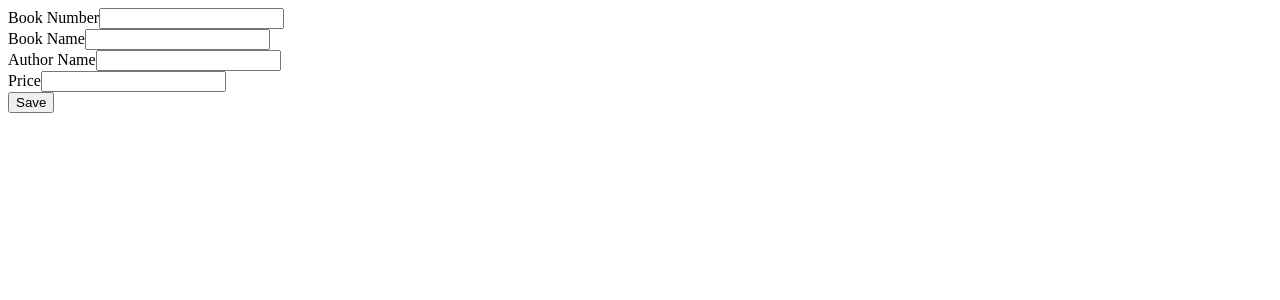
Repository: Balamurugan1914/crud_operation_without_db
Page: http://localhost/Java_bean/addbook.jsp
The author's editor kept a copy of each file at every save. The page is drawn from the files as they stood at one save, then again after the next save.
The browser window is 1280 px wide. The pictures show the whole page.
The page is served by Tomcat 9. Other server files are loaded and not shown.

Above is the page before, as saved 2022-06-21 06:55:46.

### Java_bean/src/main/webapp/addbook.jsp
<%@ page language="java" contentType="text/html; charset=UTF-8"
	pageEncoding="UTF-8"%>
<!DOCTYPE html>
<html>
<head>
<meta charset="UTF-8">
<title>Insert title here</title>
</head>
<body>
<div style="color: green">${message}</div>
	<form action="bookS" method="post">
		<div>
			<label for="bookNumber">Book Number</label><input type="text"
				name="bookNumber" />
		</div>
		<div>
			<label for="bookName">Book Name</label><input type="text"
				name="bookName" />
		</div>
		<div>
			<label for="authorName">Author Name</label><input type="text"
				name="authorName" />
		</div>
		<div>
			<label for="price">Price</label><input type="text" name="price" />
		</div>
		<input type="submit" value="Save"/>




	</form>



</body>
</html>

After the next save:
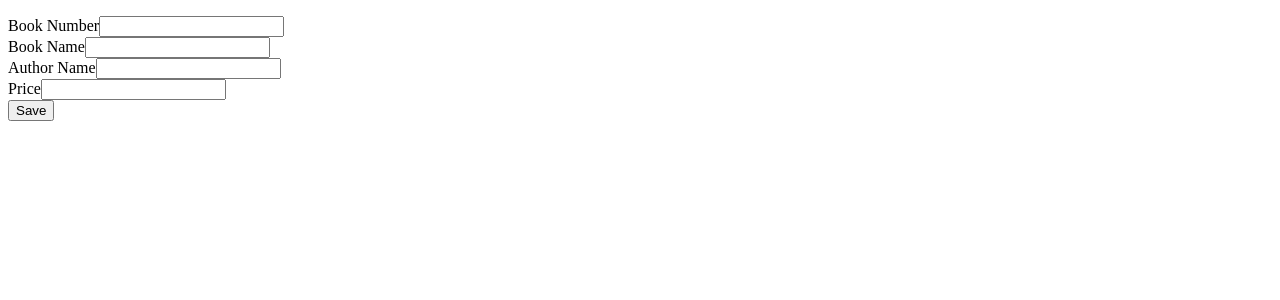
Saved 44 s later.
--- a/Java_bean/src/main/webapp/addbook.jsp
+++ b/Java_bean/src/main/webapp/addbook.jsp
@@ -7,7 +7,7 @@
 <title>Insert title here</title>
 </head>
 <body>
-<div style="color: green">${message}</div>
+<div ><p style="color: red"><c:out value="${message}"/></div>
 	<form action="bookS" method="post">
 		<div>
 			<label for="bookNumber">Book Number</label><input type="text"
